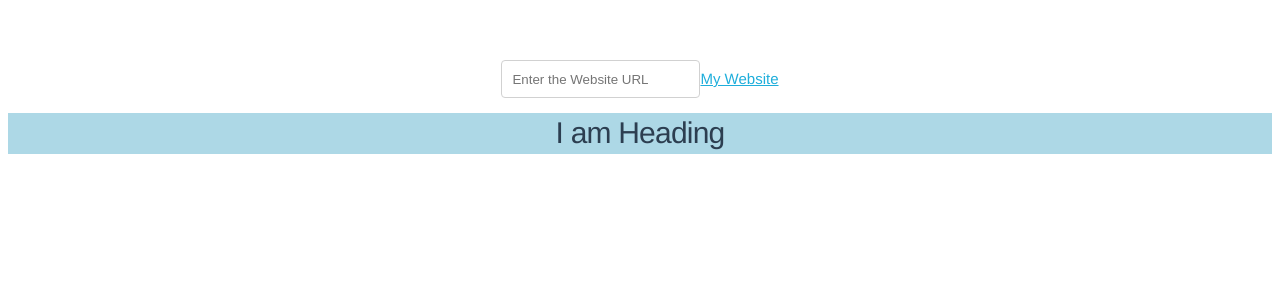
Repository: chsvk/Vue-JS-Course
Page: /
These files come from the project's save history. The page is drawn as it stood at one moment and after the next save; the edit follows.
The browser window is 1280 px wide. The pictures show the whole page.
The project was rebuilt for these pictures with package versions that can differ from the ones it lists, and the page was loaded fresh each time. Also part of the build but not shown: src/components/HelloWorld.vue.

Above is the page before, as saved 2019-03-11 18:51:18.

### public/index.html
<!DOCTYPE html>
<html lang="en">
  <head>
    <meta charset="utf-8">
    <meta http-equiv="X-UA-Compatible" content="IE=edge">
    <meta name="viewport" content="width=device-width,initial-scale=1.0">
    <link rel="icon" href="<%= BASE_URL %>favicon.ico">
    <link rel="stylesheet" href="https://cdnjs.cloudflare.com/ajax/libs/skeleton/2.0.4/skeleton.min.css">
    <title>testproject</title>
  </head>
  <body>
    <noscript>
      <strong>We're sorry but testproject doesn't work properly without JavaScript enabled. Please enable it to continue.</strong>
    </noscript>
    <div id="app"></div>
    <!-- built files will be auto injected -->
  </body>
</html>

### src/App.vue
<template>
  <div id="app">
    <!-- <img alt="Vue logo" src="./assets/logo.png">
    <HelloWorld msg="Welcome to Vue.js App"/> -->

    <!--  METHODS AND COMPUTED PROPERTIES -->
    <!-- <h1>Methods Properties</h1>
    <h3>My product is {{variableA * variableB * global_dynamicVariable}}</h3>
    <input type="number" placeholder="Enter A Number to multiply" v-model="global_dynamicVariable">
    <input type="number" placeholder="Enter Principle" v-model="principle">
    <input type="number" placeholder="Enter Interest" v-model="interest">
    <input type="number" placeholder="Enter Rate" v-model="rate">
    <h3>{{returnSimpleInterest}}</h3> -->

    <!-- Dynamic Links using Data Binding -->
    <input type="text" placeholder="Enter the Website URL" v-model="websiteLink">
    <a v-bind:href="websiteLink">My Website</a>

    <!-- Dynamic Classes using Data Binding -->

    <h4 class="active">I am Heading</h4>

  </div>
</template>

<script>
import HelloWorld from './components/HelloWorld.vue'

export default {
  name: 'app',

  // LECTURE - METHODS AND COMPUTED PROPERTIES
  // data(){
  //   return {
  //     variableA: 20,
  //     variableB: 10,
  //     global_dynamicVariable: '',
  //     principle: 0,
  //     interest: 0,
  //     rate: 0
  //   }
  // },
  // components: {
  //   HelloWorld
  // },
  // methods:{
  //   multiply(local_dynamicVariable){
  //     return this.variableA * this.variableB * local_dynamicVariable
  //   }
  // },
  // computed: {
  //   returnSimpleInterest(){
  //     return ((this.principle * this.interest * this.rate)/100)
  //   }
  // }

  data(){
    return{
      websiteLink: ""
    }
  }
}
</script>

<style lang="scss">
#app {
  font-family: 'Avenir', Helvetica, Arial, sans-serif;
  -webkit-font-smoothing: antialiased;
  -moz-osx-font-smoothing: grayscale;
  text-align: center;
  color: #2c3e50;
  margin-top: 60px;

  .active{
    background: lightblue;
  }
}
</style>

Loaded but not shown: src/main.js (common file)

After the next save:
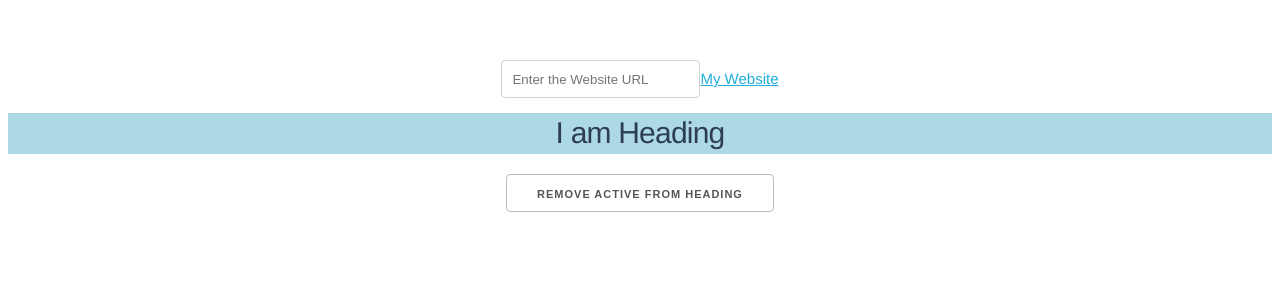
Saved 33 s later.
--- a/src/App.vue
+++ b/src/App.vue
@@ -19,6 +19,7 @@
     <!-- Dynamic Classes using Data Binding -->
 
     <h4 class="active">I am Heading</h4>
+    <button>Remove Active From Heading</button>
 
   </div>
 </template>

After the save that followed:
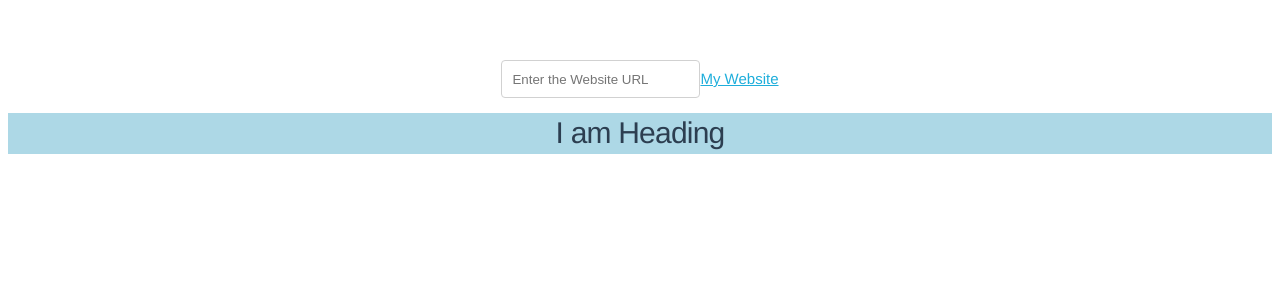
Saved 2 min 36 s later.
--- a/src/App.vue
+++ b/src/App.vue
@@ -18,8 +18,9 @@
 
     <!-- Dynamic Classes using Data Binding -->
 
-    <h4 class="active">I am Heading</h4>
-    <button>Remove Active From Heading</button>
+    <h4 v-bind:class="{active: activeBackground}">I am Heading</h4>
+
+
 
   </div>
 </template>
@@ -57,7 +58,8 @@
 
   data(){
     return{
-      websiteLink: ""
+      websiteLink: "",
+      activeBackground: true
     }
   }
 }
